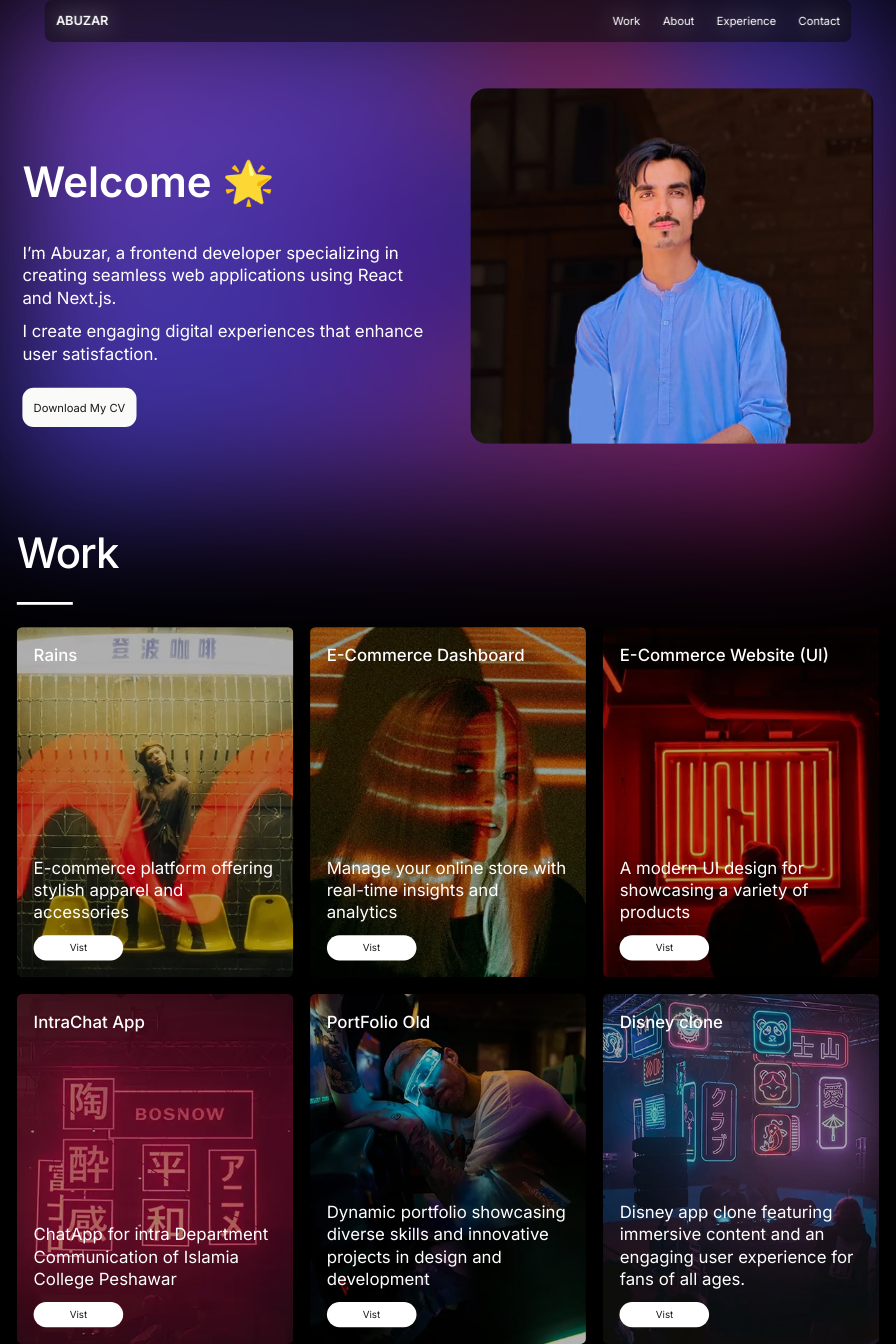
Repository: xarrkhan001/Abuzar-NewPortfolio-Framermotion
Page: /
An editor plug-in stored every save of this project. The page is shown before and after the next save, followed by the edit.
The browser window is 1280 px wide. The pictures show the part of the page from y = 0 to 1920 px (the page is 4220 px tall), at 70% of full size.
The project was rebuilt for these pictures with package versions that can differ from the ones it lists, and the page was loaded fresh each time. Some packages were replaced by stand-ins written for this rebuild. Also part of the build but not shown: vite.config.js. Imported but missing from the stored project, and not drawn on this page: src/assets/abuzar01-Cv....pdf.

Above is the page before, as saved 2025-03-02 09:45:15.

### index.html
<!DOCTYPE html>
<html lang="en">
  <head>
    <meta charset="UTF-8" />
    <link rel="icon" type="image/svg+xml" href="./src/assets/mm1.png" />
    <meta name="viewport" content="width=device-width, initial-scale=1.0" />
    <link rel="preconnect" href="https://fonts.googleapis.com" />
    <link rel="preconnect" href="https://fonts.gstatic.com" crossorigin />
    <link
      href="https://fonts.googleapis.com/css2?family=Inter:ital,opsz,wght@0,14..32,100..900;1,14..32,100..900&display=swap"
      rel="stylesheet"
    />
    <title>Abuzar Portfolio</title>
  </head>
  <body>
    <div id="root"></div>
    <script type="module" src="/src/main.jsx"></script>
  </body>
</html>

### src/App.jsx
import React from "react";
import BlurBackground from "./components/BlurBackground";
import Navbar from "./components/Navbar";
import Hero from "./components/Hero";
import Projects from "./components/Projects";
import About from "./components/About";
import Experience from "./components/Experience";
import Contacts from "./components/Contacts";

const App = () => {
  return (
    <>
      <div>
        <BlurBackground />
        <Navbar />
        <main
          className="antialiased overflow-y-hidden max-w-7xl mx-auto
        relative z-10"
        >
          <Navbar />
          <Hero />
          <Projects />
          <About />
          <Experience />
          <Contacts />
        </main>
      </div>
    </>
  );
};

export default App;

### src/index.css
@tailwind base;
@tailwind components;
@tailwind utilities;

:root {
  font-family: "Inter", sans-serif;
  font-optical-sizing: auto;
  background: #000000;
  color: #ffffff;
  scroll-behavior: smooth;
}

.bg-image {
  background-image: url("./assets/jason-root.webp");
}

#work,
#about,
#experience,
#testimonials,
#contact {
  scroll-margin-top: 80px;
}

### src/components/BlurBackground.jsx
import { motion } from "framer-motion";
import React from "react";

const BlurBackground = () => {
  const circleVariants = {
    animate1: {
      scale: [1, 1.2, 1],
      x: [0, 100, 0],
      y: [0, 50, 0],
      rotateZ: [0, 45, 0],
      transition: {
        duration: 2,
        repeat: Infinity,
        ease: "easeInOut",
      },
    },
    animate2: {
      scale: [1, 1.1, 1],
      x: [0, 120, 0],
      y: [0, -60, 0],
      rotateZ: [0, -45, 0],
      transition: {
        duration: 2,
        repeat: Infinity,
        ease: "easeInOut",
      },
    },
    animate3: {
      scale: [1, 1.3, 1],
      x: [0, 140, 0],
      y: [0, 70, 0],
      rotateZ: [0, 90, 0],
      transition: {
        duration: 3,
        repeat: Infinity,
        ease: "easeInOut",
      },
    },
    animate4: {
      scale: [1, 1.4, 1],
      x: [0, 160, 0],
      y: [0, -80, 0],
      rotateZ: [0, -90, 0],
      transition: {
        duration: 4,
        repeat: Infinity,
        ease: "easeInOut",
      },
    },
    animate5: {
      scale: [1, 1.5, 1],
      x: [0, 180, 0],
      y: [0, 90, 0],
      rotateZ: [0, 135, 0],
      transition: {
        duration: 3,
        repeat: Infinity,
        ease: "easeInOut",
      },
    },
    animate6: {
      scale: [1, 1.6, 1],
      x: [0, 200, 0],
      y: [0, -100, 0],
      rotateZ: [0, -135, 0],
      transition: {
        duration: 3,
        repeat: Infinity,
        ease: "easeInOut",
      },
    },
  };

  return (
    <div
      className="fixed top-0 left-0 w-full h-full overflow-hidden -z-10 pointer-events-none flex
       justify-center items-center filter blur-[100px] opacity-70 bg-gradient-to-br from-purple-500 via-indigo-600 to-pink-600"
    >
      <motion.div
        className="bg-gradient-to-r from-blue-500 to-green-400 w-[350px] h-[250px] rounded-full absolute shadow-lg"
        variants={circleVariants}
        animate="animate1"
      />
      <motion.div
        className="bg-gradient-to-r from-red-500 to-yellow-500 w-[360px] h-[260px] rounded-full absolute shadow-xl"
        variants={circleVariants}
        animate="animate2"
      />
      <motion.div
        className="bg-gradient-to-r from-teal-500 to-cyan-600 w-[370px] h-[270px] rounded-full absolute shadow-2xl"
        variants={circleVariants}
        animate="animate3"
      />
      <motion.div
        className="bg-gradient-to-r from-orange-500 to-pink-600 w-[380px] h-[280px] rounded-full absolute shadow-3xl"
        variants={circleVariants}
        animate="animate4"
      />
      <motion.div
        className="bg-gradient-to-r from-yellow-600 to-red-600 w-[390px] h-[290px] rounded-full absolute shadow-4xl"
        variants={circleVariants}
        animate="animate5"
      />
      <motion.div
        className="bg-gradient-to-r from-purple-700 to-blue-800 w-[400px] h-[300px] rounded-full absolute shadow-5xl"
        variants={circleVariants}
        animate="animate6"
      />
    </div>
  );
};

export default BlurBackground;

### src/components/Projects.jsx
import React from "react";
import { motion } from "framer-motion";
import { PROJECTS } from "../constants";

const projectVariants = {
  hidden: {
    opacity: 0,
    scale: 0.8,
    rotate: -40,
    y: 50,
  },
  visible: {
    opacity: 1,
    scale: 1,
    rotate: 0,
    y: 0,
    transition: {
      duration: 0.6,
      ease: "easeOut",
      type: "spring",
      bounce: 0.4,
    },
  },
};

const Projects = () => {
  return (
    <section className="px-6 py-10 overflow-hidden" id="work">
      <h1 className="text-4xl md:text-6xl font-medium tracking-tight mb-10">
        Work
      </h1>

      <div className="h-1 w-20 mb-8 bg-white"></div>

      <div className="grid grid-cols-1 md:grid-cols-3 gap-6">
        {PROJECTS.map((project, index) => (
          <motion.div
            key={index}
            className="relative rounded-lg overflow-hidden h-[500px] transition transform"
            initial="hidden"
            whileInView="visible"
            viewport={{ once: true }}
            variants={projectVariants}
          >
            <img
              src={project.image}
              alt={project.name}
              className="absolute inset-0 w-full h-full object-cover transition-opacity duration-300"
            />

            <div className="relative z-20 p-6 flex flex-col justify-between h-full bg-black/30 text-white">
              <h2 className="text-2xl font-medium mb-4">{project.name}</h2>
              <div className="flex flex-col justify-between">
                <p className="mb-4 flex-grow text-2xl">{project.description}</p>

                <a
                  href={project.link}
                  target="_blank"
                  rel="noopener noreferrer"
                  className="bg-white text-stone-900 rounded-full py-2 px-2 w-32 text-sm hover:bg-gray-100 text-center"
                >
                  Vist
                </a>
              </div>
            </div>
          </motion.div>
        ))}
      </div>
    </section>
  );
};

export default Projects;

### src/components/About.jsx
import React from "react";
import { motion } from "framer-motion"; // Make sure to import motion
import { ABOUT_CONTENT } from "../constants"; // Correct import statement

const About = () => {
  const textVariants = {
    hidden: { opacity: 0, y: 50 },
    visible: {
      opacity: 1,
      y: 0,
      transition: { duration: 0.6, ease: "easeOut" },
    },
  };

  return (
    <section className="px-6 py-10" id="about">
      <h1 className="text-4xl md:text-6xl font-medium tracking-tight mb-10">
        About
      </h1>

      <div className="h-1 w-20 mb-8 bg-white"></div>

      <div className="max-w-4xl mx-auto">
        {ABOUT_CONTENT.paragraphs.map((paragraph, index) => (
          <motion.p
            key={index}
            className="text-lg md:text-xl lg:text-2xl mb-10 leading-relaxed" // Adjusted text size for a more professional look
            initial="hidden"
            whileInView="visible"
            viewport={{ once: true, amount: 0.5 }}
            variants={textVariants}
          >
            {paragraph} {/* Corrected variable name */}
          </motion.p>
        ))}
      </div>
    </section>
  );
};

export default About;

Loaded but not shown: src/main.jsx (common file); tailwind.config.js (common file); src/constants/index.js (122 lines, source omitted); src/components/Contacts.jsx (123 lines, source omitted); src/components/Hero.jsx (100 lines, source omitted); src/components/Experience.jsx (77 lines, source omitted); src/components/Navbar.jsx (66 lines, source omitted)

After the next save:
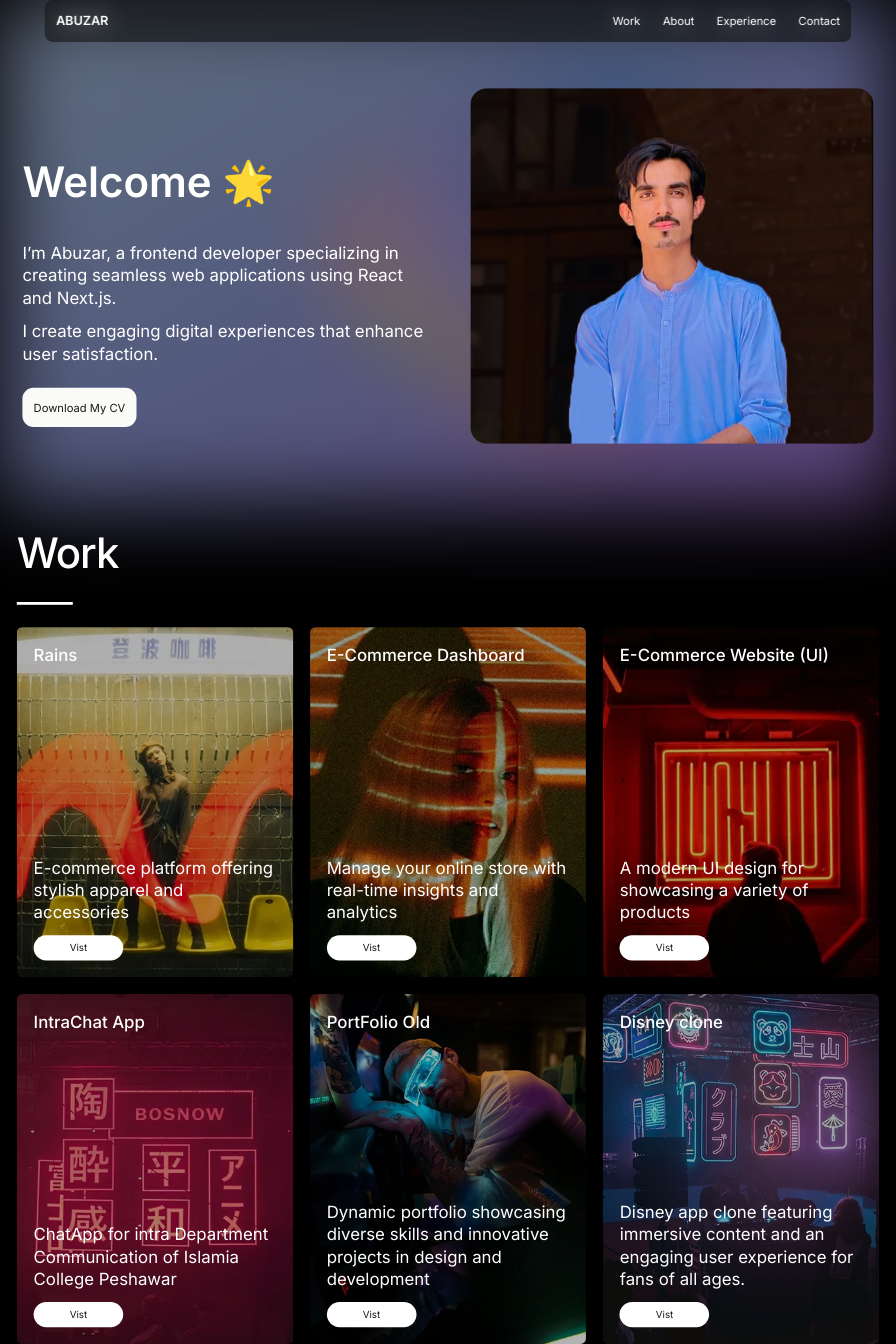
Saved 50 s later.
--- a/src/components/BlurBackground.jsx
+++ b/src/components/BlurBackground.jsx
@@ -4,43 +4,43 @@
 const BlurBackground = () => {
   const circleVariants = {
     animate1: {
-      scale: [1, 1.2, 1],
-      x: [0, 100, 0],
-      y: [0, 50, 0],
-      rotateZ: [0, 45, 0],
-      transition: {
-        duration: 2,
-        repeat: Infinity,
-        ease: "easeInOut",
-      },
-    },
-    animate2: {
       scale: [1, 1.1, 1],
-      x: [0, 120, 0],
-      y: [0, -60, 0],
-      rotateZ: [0, -45, 0],
-      transition: {
-        duration: 2,
-        repeat: Infinity,
-        ease: "easeInOut",
-      },
-    },
-    animate3: {
-      scale: [1, 1.3, 1],
-      x: [0, 140, 0],
-      y: [0, 70, 0],
-      rotateZ: [0, 90, 0],
+      x: [0, 60, 0],
+      y: [0, 30, 0],
+      rotateZ: [0, 10, 0],
       transition: {
         duration: 3,
         repeat: Infinity,
         ease: "easeInOut",
       },
     },
+    animate2: {
+      scale: [1, 1.05, 1],
+      x: [0, 80, 0],
+      y: [0, -40, 0],
+      rotateZ: [0, -10, 0],
+      transition: {
+        duration: 3,
+        repeat: Infinity,
+        ease: "easeInOut",
+      },
+    },
+    animate3: {
+      scale: [1, 1.1, 1],
+      x: [0, 100, 0],
+      y: [0, 50, 0],
+      rotateZ: [0, 20, 0],
+      transition: {
+        duration: 4,
+        repeat: Infinity,
+        ease: "easeInOut",
+      },
+    },
     animate4: {
-      scale: [1, 1.4, 1],
-      x: [0, 160, 0],
-      y: [0, -80, 0],
-      rotateZ: [0, -90, 0],
+      scale: [1, 1.1, 1],
+      x: [0, 120, 0],
+      y: [0, -60, 0],
+      rotateZ: [0, -20, 0],
       transition: {
         duration: 4,
         repeat: Infinity,
@@ -48,23 +48,23 @@
       },
     },
     animate5: {
-      scale: [1, 1.5, 1],
-      x: [0, 180, 0],
-      y: [0, 90, 0],
-      rotateZ: [0, 135, 0],
+      scale: [1, 1.15, 1],
+      x: [0, 140, 0],
+      y: [0, 70, 0],
+      rotateZ: [0, 30, 0],
       transition: {
-        duration: 3,
+        duration: 4,
         repeat: Infinity,
         ease: "easeInOut",
       },
     },
     animate6: {
-      scale: [1, 1.6, 1],
-      x: [0, 200, 0],
-      y: [0, -100, 0],
-      rotateZ: [0, -135, 0],
+      scale: [1, 1.2, 1],
+      x: [0, 160, 0],
+      y: [0, -80, 0],
+      rotateZ: [0, -30, 0],
       transition: {
-        duration: 3,
+        duration: 4,
         repeat: Infinity,
         ease: "easeInOut",
       },
@@ -74,35 +74,35 @@
   return (
     <div
       className="fixed top-0 left-0 w-full h-full overflow-hidden -z-10 pointer-events-none flex
-       justify-center items-center filter blur-[100px] opacity-70 bg-gradient-to-br from-purple-500 via-indigo-600 to-pink-600"
+       justify-center items-center filter blur-[60px] opacity-50 bg-gradient-to-br from-blue-200 via-indigo-300 to-purple-400"
     >
       <motion.div
-        className="bg-gradient-to-r from-blue-500 to-green-400 w-[350px] h-[250px] rounded-full absolute shadow-lg"
+        className="bg-gradient-to-r from-teal-300 to-lime-300 w-[350px] h-[250px] rounded-full absolute shadow-sm"
         variants={circleVariants}
         animate="animate1"
       />
       <motion.div
-        className="bg-gradient-to-r from-red-500 to-yellow-500 w-[360px] h-[260px] rounded-full absolute shadow-xl"
+        className="bg-gradient-to-r from-pink-300 to-yellow-300 w-[360px] h-[260px] rounded-full absolute shadow-sm"
         variants={circleVariants}
         animate="animate2"
       />
       <motion.div
-        className="bg-gradient-to-r from-teal-500 to-cyan-600 w-[370px] h-[270px] rounded-full absolute shadow-2xl"
+        className="bg-gradient-to-r from-orange-200 to-green-300 w-[370px] h-[270px] rounded-full absolute shadow-sm"
         variants={circleVariants}
         animate="animate3"
       />
       <motion.div
-        className="bg-gradient-to-r from-orange-500 to-pink-600 w-[380px] h-[280px] rounded-full absolute shadow-3xl"
+        className="bg-gradient-to-r from-indigo-200 to-teal-400 w-[380px] h-[280px] rounded-full absolute shadow-sm"
         variants={circleVariants}
         animate="animate4"
       />
       <motion.div
-        className="bg-gradient-to-r from-yellow-600 to-red-600 w-[390px] h-[290px] rounded-full absolute shadow-4xl"
+        className="bg-gradient-to-r from-lime-200 to-pink-400 w-[390px] h-[290px] rounded-full absolute shadow-sm"
         variants={circleVariants}
         animate="animate5"
       />
       <motion.div
-        className="bg-gradient-to-r from-purple-700 to-blue-800 w-[400px] h-[300px] rounded-full absolute shadow-5xl"
+        className="bg-gradient-to-r from-purple-300 to-blue-400 w-[400px] h-[300px] rounded-full absolute shadow-sm"
         variants={circleVariants}
         animate="animate6"
       />

After the save that followed:
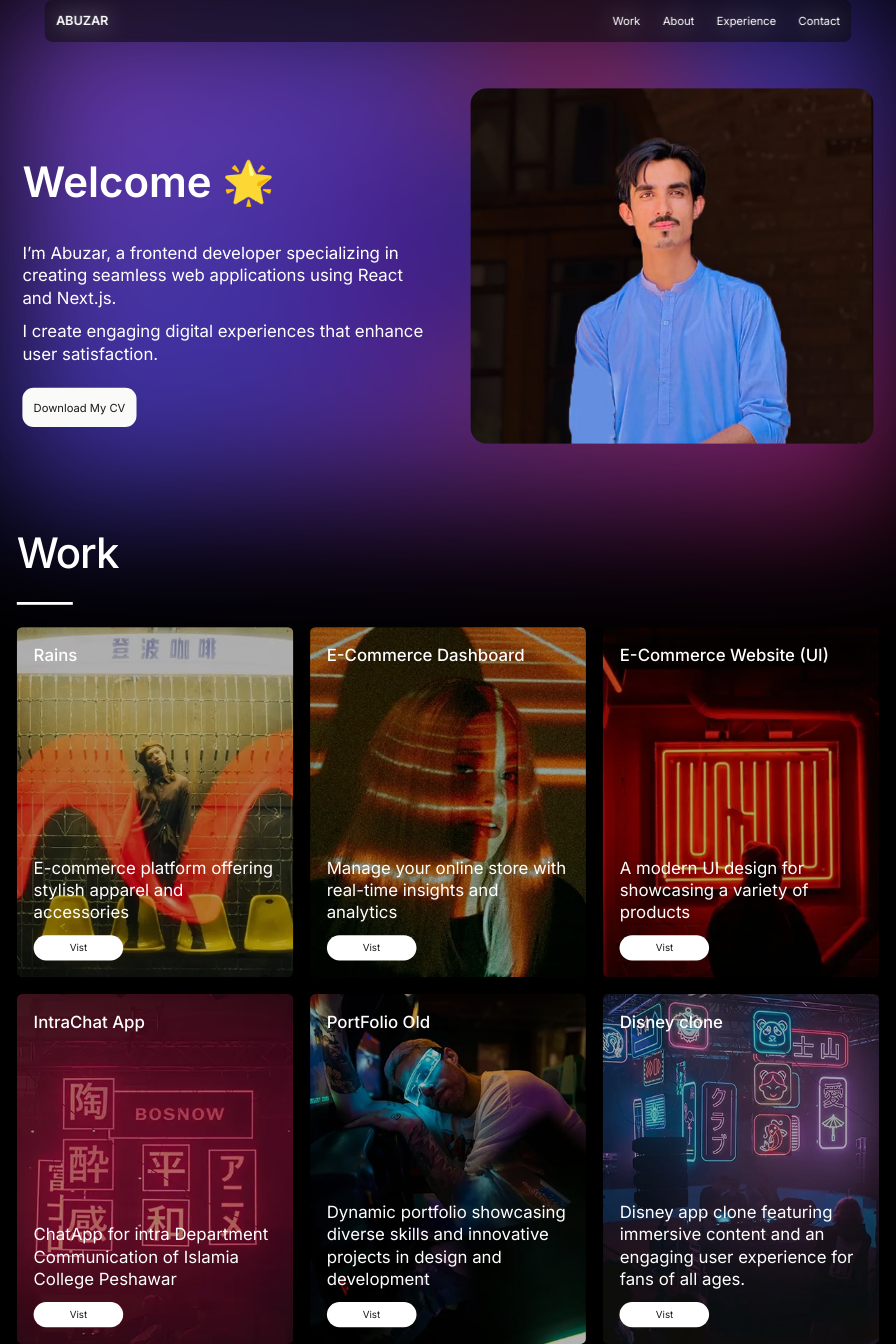
Saved 41 s later.
--- a/src/components/BlurBackground.jsx
+++ b/src/components/BlurBackground.jsx
@@ -4,43 +4,43 @@
 const BlurBackground = () => {
   const circleVariants = {
     animate1: {
+      scale: [1, 1.2, 1],
+      x: [0, 100, 0],
+      y: [0, 50, 0],
+      rotateZ: [0, 45, 0],
+      transition: {
+        duration: 2,
+        repeat: Infinity,
+        ease: "easeInOut",
+      },
+    },
+    animate2: {
       scale: [1, 1.1, 1],
-      x: [0, 60, 0],
-      y: [0, 30, 0],
-      rotateZ: [0, 10, 0],
+      x: [0, 120, 0],
+      y: [0, -60, 0],
+      rotateZ: [0, -45, 0],
+      transition: {
+        duration: 2,
+        repeat: Infinity,
+        ease: "easeInOut",
+      },
+    },
+    animate3: {
+      scale: [1, 1.3, 1],
+      x: [0, 140, 0],
+      y: [0, 70, 0],
+      rotateZ: [0, 90, 0],
       transition: {
         duration: 3,
         repeat: Infinity,
         ease: "easeInOut",
       },
     },
-    animate2: {
-      scale: [1, 1.05, 1],
-      x: [0, 80, 0],
-      y: [0, -40, 0],
-      rotateZ: [0, -10, 0],
-      transition: {
-        duration: 3,
-        repeat: Infinity,
-        ease: "easeInOut",
-      },
-    },
-    animate3: {
-      scale: [1, 1.1, 1],
-      x: [0, 100, 0],
-      y: [0, 50, 0],
-      rotateZ: [0, 20, 0],
-      transition: {
-        duration: 4,
-        repeat: Infinity,
-        ease: "easeInOut",
-      },
-    },
     animate4: {
-      scale: [1, 1.1, 1],
-      x: [0, 120, 0],
-      y: [0, -60, 0],
-      rotateZ: [0, -20, 0],
+      scale: [1, 1.4, 1],
+      x: [0, 160, 0],
+      y: [0, -80, 0],
+      rotateZ: [0, -90, 0],
       transition: {
         duration: 4,
         repeat: Infinity,
@@ -48,23 +48,23 @@
       },
     },
     animate5: {
-      scale: [1, 1.15, 1],
-      x: [0, 140, 0],
-      y: [0, 70, 0],
-      rotateZ: [0, 30, 0],
+      scale: [1, 1.5, 1],
+      x: [0, 180, 0],
+      y: [0, 90, 0],
+      rotateZ: [0, 135, 0],
       transition: {
-        duration: 4,
+        duration: 3,
         repeat: Infinity,
         ease: "easeInOut",
       },
     },
     animate6: {
-      scale: [1, 1.2, 1],
-      x: [0, 160, 0],
-      y: [0, -80, 0],
-      rotateZ: [0, -30, 0],
+      scale: [1, 1.6, 1],
+      x: [0, 200, 0],
+      y: [0, -100, 0],
+      rotateZ: [0, -135, 0],
       transition: {
-        duration: 4,
+        duration: 3,
         repeat: Infinity,
         ease: "easeInOut",
       },
@@ -74,35 +74,35 @@
   return (
     <div
       className="fixed top-0 left-0 w-full h-full overflow-hidden -z-10 pointer-events-none flex
-       justify-center items-center filter blur-[60px] opacity-50 bg-gradient-to-br from-blue-200 via-indigo-300 to-purple-400"
+       justify-center items-center filter blur-[100px] opacity-70 bg-gradient-to-br from-purple-500 via-indigo-600 to-pink-600"
     >
       <motion.div
-        className="bg-gradient-to-r from-teal-300 to-lime-300 w-[350px] h-[250px] rounded-full absolute shadow-sm"
+        className="bg-gradient-to-r from-blue-500 to-green-400 w-[350px] h-[250px] rounded-full absolute shadow-lg"
         variants={circleVariants}
         animate="animate1"
       />
       <motion.div
-        className="bg-gradient-to-r from-pink-300 to-yellow-300 w-[360px] h-[260px] rounded-full absolute shadow-sm"
+        className="bg-gradient-to-r from-red-500 to-yellow-500 w-[360px] h-[260px] rounded-full absolute shadow-xl"
         variants={circleVariants}
         animate="animate2"
       />
       <motion.div
-        className="bg-gradient-to-r from-orange-200 to-green-300 w-[370px] h-[270px] rounded-full absolute shadow-sm"
+        className="bg-gradient-to-r from-teal-500 to-cyan-600 w-[370px] h-[270px] rounded-full absolute shadow-2xl"
         variants={circleVariants}
         animate="animate3"
       />
       <motion.div
-        className="bg-gradient-to-r from-indigo-200 to-teal-400 w-[380px] h-[280px] rounded-full absolute shadow-sm"
+        className="bg-gradient-to-r from-orange-500 to-pink-600 w-[380px] h-[280px] rounded-full absolute shadow-3xl"
         variants={circleVariants}
         animate="animate4"
       />
       <motion.div
-        className="bg-gradient-to-r from-lime-200 to-pink-400 w-[390px] h-[290px] rounded-full absolute shadow-sm"
+        className="bg-gradient-to-r from-yellow-600 to-red-600 w-[390px] h-[290px] rounded-full absolute shadow-4xl"
         variants={circleVariants}
         animate="animate5"
       />
       <motion.div
-        className="bg-gradient-to-r from-purple-300 to-blue-400 w-[400px] h-[300px] rounded-full absolute shadow-sm"
+        className="bg-gradient-to-r from-purple-700 to-blue-800 w-[400px] h-[300px] rounded-full absolute shadow-5xl"
         variants={circleVariants}
         animate="animate6"
       />
